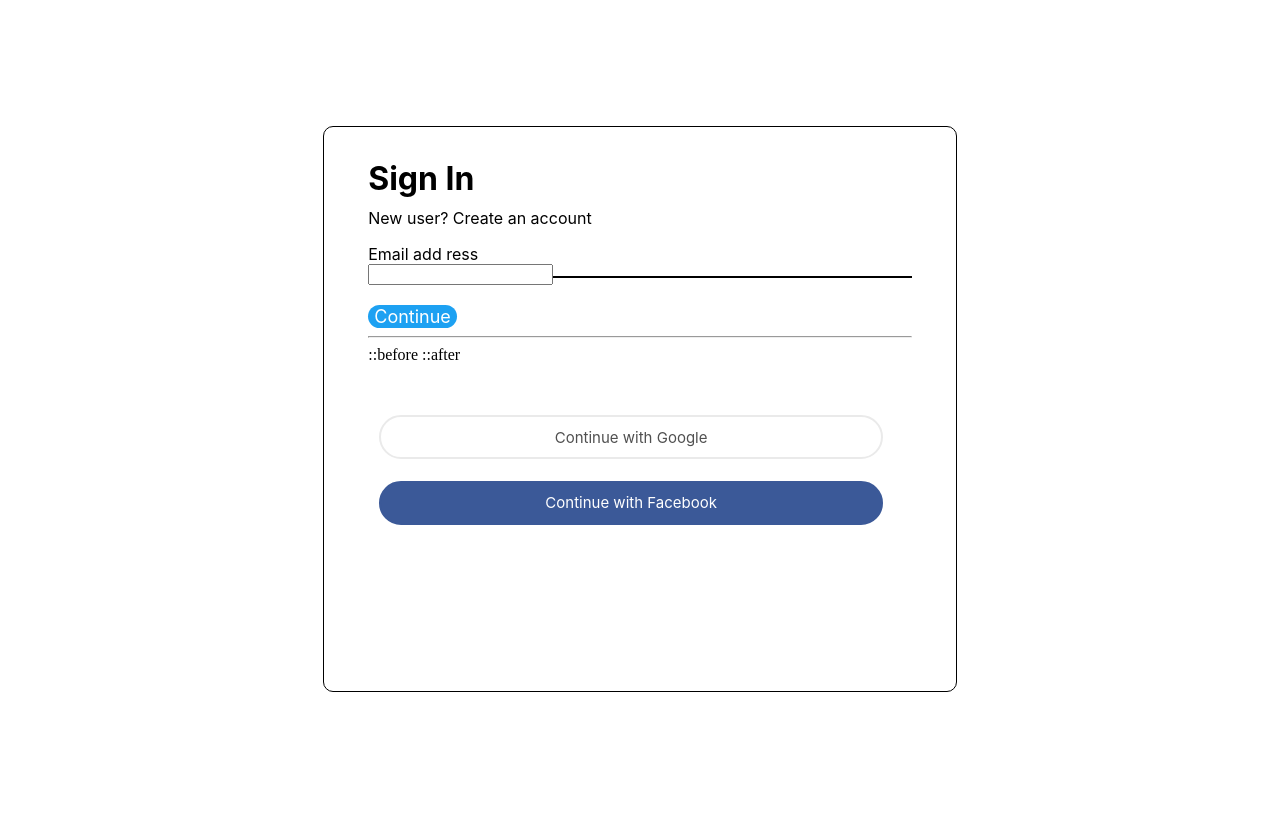
Repository: thangluu93/WereWolf
Page: Template/signIn.html
The author's editor kept a copy of each file at every save. The page is drawn from the files as they stood at one save, then again after the next save.
The browser window is 1280 px wide. The pictures show the whole page.

Above is the page before, as saved 2020-01-13 13:40:57.

After the next save:
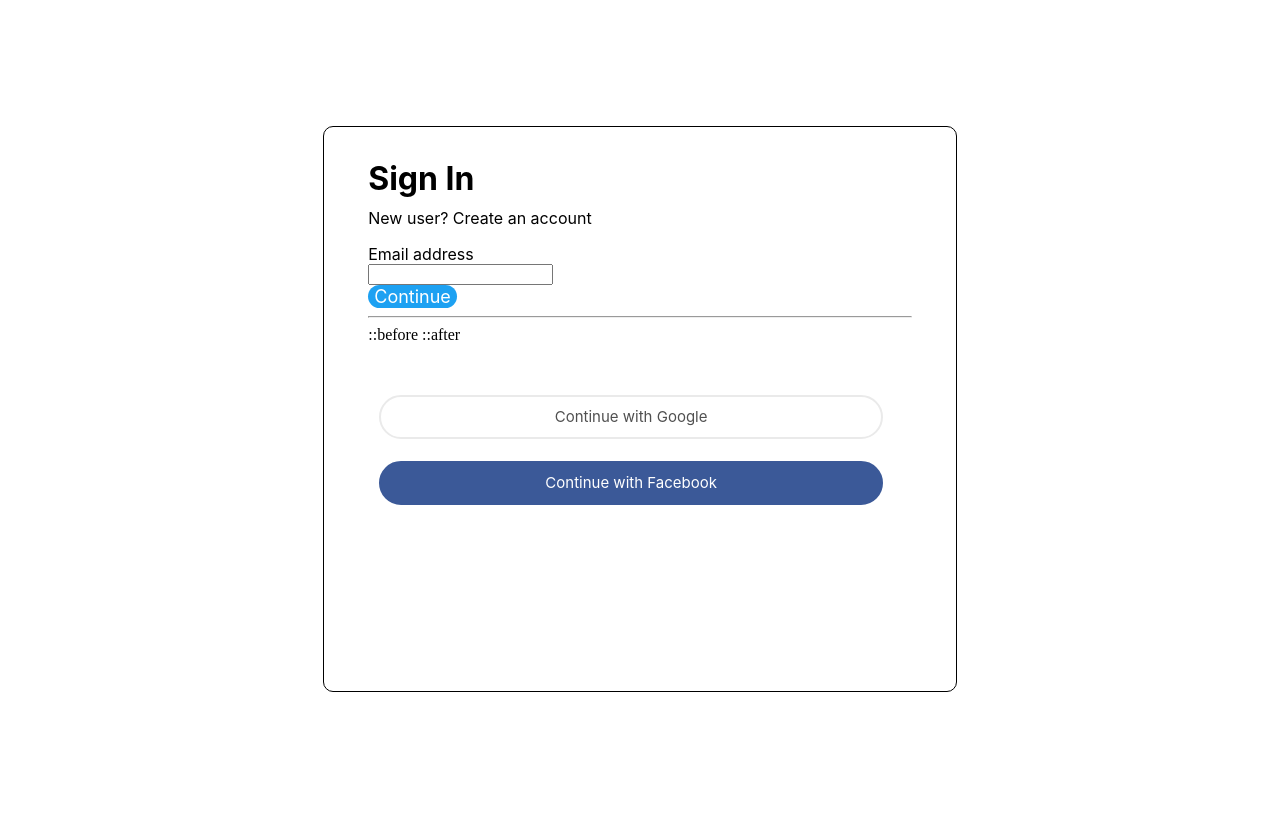
Saved 2 min 40 s later.
--- a/Template/signIn.html
+++ b/Template/signIn.html
@@ -12,17 +12,17 @@
                 <div class="content" id="content1">
                     <div class="contentHeader">
                         <h1 class="Heading">Sign In</h1>
-                        <p class=   "subHead">New user? Create an account</p>
+                        <p class="subHead">New user? Create an account</p>
                     </div>
-                    <div class="emailLayout">
-                        <div class="field">
-                            <p style="margin-bottom: 0;"> Email add ress </p>
-                            <input type="email" class="emailField">
-                        </div>
-                        <div class="emailContinue">
-                            <button class="emailContinueBtn ">
-                                <span>Continue</span>
-                            </button>
+                    <div emailLayout>
+                        <div >
+                            <p style="margin-bottom: 0;"> Email address </p>
+                            <input type="email"  class="emailField">
+                            <div class="emailContinue">
+                                <button class="emailContinueBtn ">
+                                    <span>Continue</span>
+                                </button>
+                            </div>
                         </div>
                     </div>
                     <div class="contentFooter">
